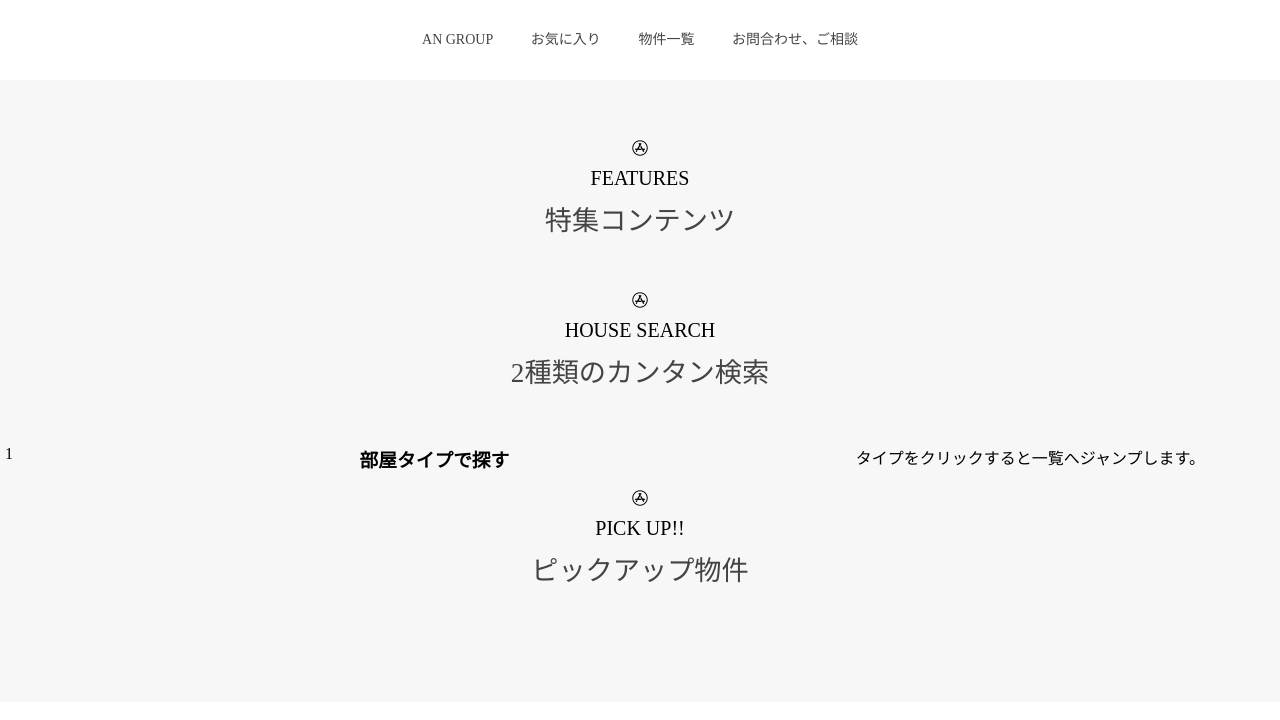
Repository: ninhdavid/real-estate
Page: index.html
These files come from the project's save history. The page is drawn as it stood at one moment and after the next save; the edit follows.
The browser window is 1280 px wide. The pictures show the whole page.
Some web libraries are served in a nearby version. The style sheet was rebuilt from its Sass, Less or Tailwind sources for each picture, by a compiler version that may differ from the author's.

Above is the page before, as saved 2022-05-10 21:02:17.

### index.html
<!DOCTYPE html>
<html lang="en">

<head>
    <meta charset="UTF-8">
    <meta http-equiv="X-UA-Compatible" content="IE=edge">
    <meta name="viewport" content="width=device-width, initial-scale=1.0">
    <link rel="stylesheet" href="css/main.css">
    <script src="https://kit.fontawesome.com/691ec27588.js" crossorigin="anonymous"></script>
    <title>Document</title>
</head>

<body>
    <div class="main-container">
        <div class="header">
            <div class="img-header"></div>
        </div>
        <div class="main-nav">
            <ul id="nav">
                <li><a class="nav-img" href="#">
                        <!-- <img src="./asset/img/logo/logo-edited.png" alt=""> -->
                        AN GROUP
                    </a></li>
                <li><a href="#">お気に入り</a></li>
                <li><a href="#">物件一覧</a></li>
                <li><a href="#">お問合わせ、ご相談</a></li>
            </ul>
        </div>
        <div class="content">
            <div class="content-section">
                <div class="title-section">
                    <i class="fa-brands fa-app-store"></i>
                    <p>FEATURES</p>
                    <p>特集コンテンツ</p>
                </div>
                <div id="slider"> </div>
            </div>
            <div class="content-section">
                <div class="title-section">
                    <i class="fa-brands fa-app-store"></i>
                    <p>HOUSE SEARCH</p>
                    <p>2種類のカンタン検索</p>
                </div>
                <div class="content-area">
                    <div class="content-box">
                        <div class="title-area">
                            <span>1</span>
                            <h3>部屋タイプで探す</h3>
                            <p>タイプをクリックすると一覧へジャンプします。</p>
                        </div>
                        <div class="tpye-list">
                            <div class="list-bg"></div>
                            <p class="list-title"></p>
                            <p class="list-price"></p>
                        </div>
                    </div>
                </div>
            </div>
            <div class="content-section">
                <div class="title-section">
                    <i class="fa-brands fa-app-store"></i>
                    <p>PICK UP!!</p>
                    <p>ピックアップ物件</p>
                </div>
                <div></div>
            </div>
        </div>

    </div>



</body>
<script src="asset/java-script/chat-online.js"></script>

</html>

### css/main.scss


*{
    padding: 0;
    margin: 0;
    box-sizing: border-box;
}

.main-nav{
    // height: 85px;
    background-color: #fff;
    width: 100%;
    z-index:10;
    height: 5em;
    text-align: center;
}
#nav{
    display:inline-block;
}
#nav,
.subnav {
    list-style-type: none;
}
#nav > li{
    display:inline-block;
}
#nav  li{
    position: relative;
    top:11px;
}
#nav li a{
    display: block;
    text-decoration: none;
    line-height: 24px;
    font-size: 14px;
    padding: 1.2em;
}
#nav>li>a{
    color: rgb(68,68,68);
    text-transform: uppercase;
}
// .nav-img{
//     background-image: url("/asset/img/logo/logo-edited.png");
//     height:80px;
//     width: 100px;
//     padding: 5px 0;
//     background-position: center; /* Center the image */
//     background-repeat: no-repeat; /* Do not repeat the image */
//     background-size: cover;
// }
.content{
    background-color: #f7f7f7;
    padding: 60px 5px;
}
.content-section{
    display: block;
    text-align: center;
}
.title-section{

}
.title-section i {

}
.tittle-section p{
    font-weight: bold;
}
.title-section>p:nth-of-type(1){
    font-size: 1.25em;
    line-height: 1;
    padding: 10px 0;
}
.title-section p:nth-of-type(2){
    font-size: 1.7em;
    color: #444444;
    padding-bottom: 2em;
}
.content-area{
    width: 1200px;
}

.content-box{
    width: 100%;
}
.content-box p {
    display: inline-block;
}
.title-area{
    display:flex;
    justify-content:space-between;
}
.tpye-list{

}
.list-bg{

}
.list-title{

}
.list-price{

}

Loaded but not shown: asset/java-script/chat-online.js (no stored copy; drawn as an empty file)

After the next save:
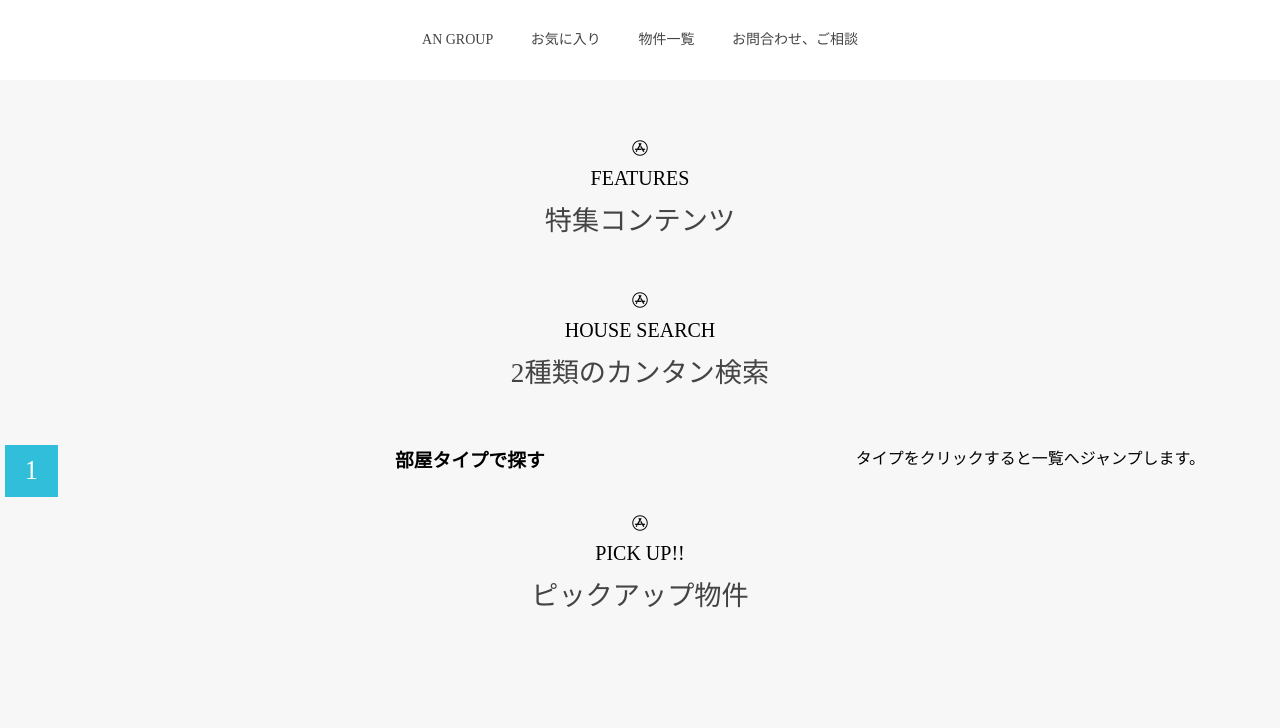
Saved 3 min 8 s later.
--- a/css/main.scss
+++ b/css/main.scss
@@ -89,6 +89,17 @@
     display:flex;
     justify-content:space-between;
 }
+.title-area>span{
+    width: 2em;
+    line-height: 2em;
+    background-color: #30bedb;
+    color: #fff;
+    display:inline-block;
+    vertical-align: middle;
+    margin-right: 1em;
+    font-size: 1.6428571429em;
+
+}
 .tpye-list{
 
 }
